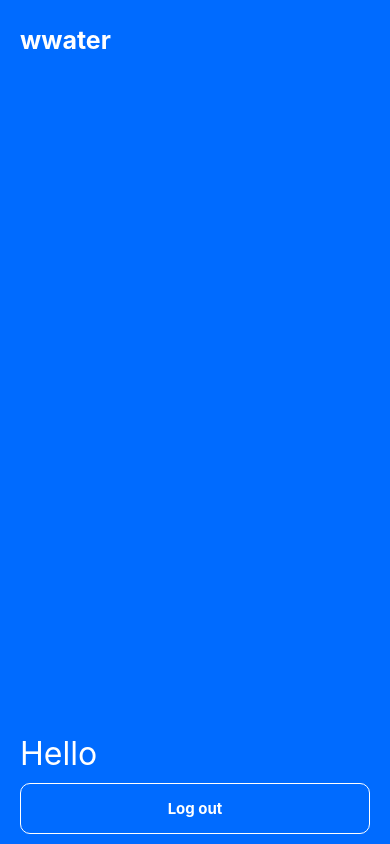
Repository: mtuguldr/myproject
Screen: /
The author's editor kept a copy of each file at every save. The screen is drawn from the files as they stood at one save, then again after the next save.
The app was drawn by React Native's web renderer in a window 390 px wide. The project was rebuilt for these pictures with package versions that can differ from the ones it lists, and the page was loaded fresh each time.

Above is the screen before, as saved 2021-10-20 15:45:11.

After the next save:
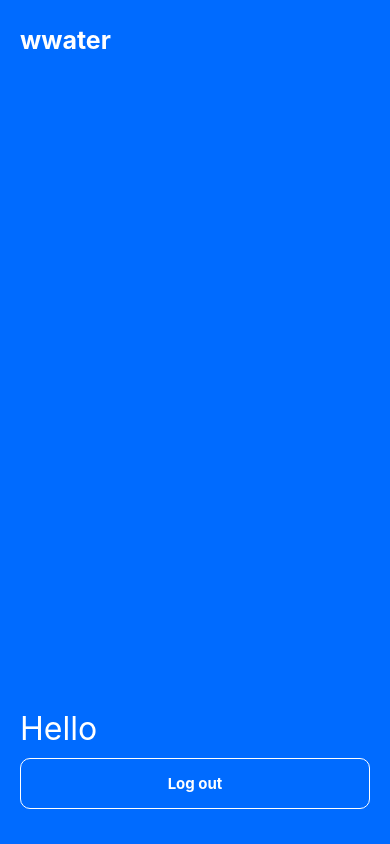
Saved 58 s later.
--- a/app/Screens/HomeScreen.js
+++ b/app/Screens/HomeScreen.js
@@ -35,6 +35,7 @@ const styles = StyleSheet.create({
 	container: {
 		justifyContent: 'center',
 		marginHorizontal: MARGIN_HORIZONTAL,
+		marginBottom: Platform.OS === 'ios' ? hp('6%') : hp('3%'),
 	},
 	logo: {
 		position: 'absolute',
